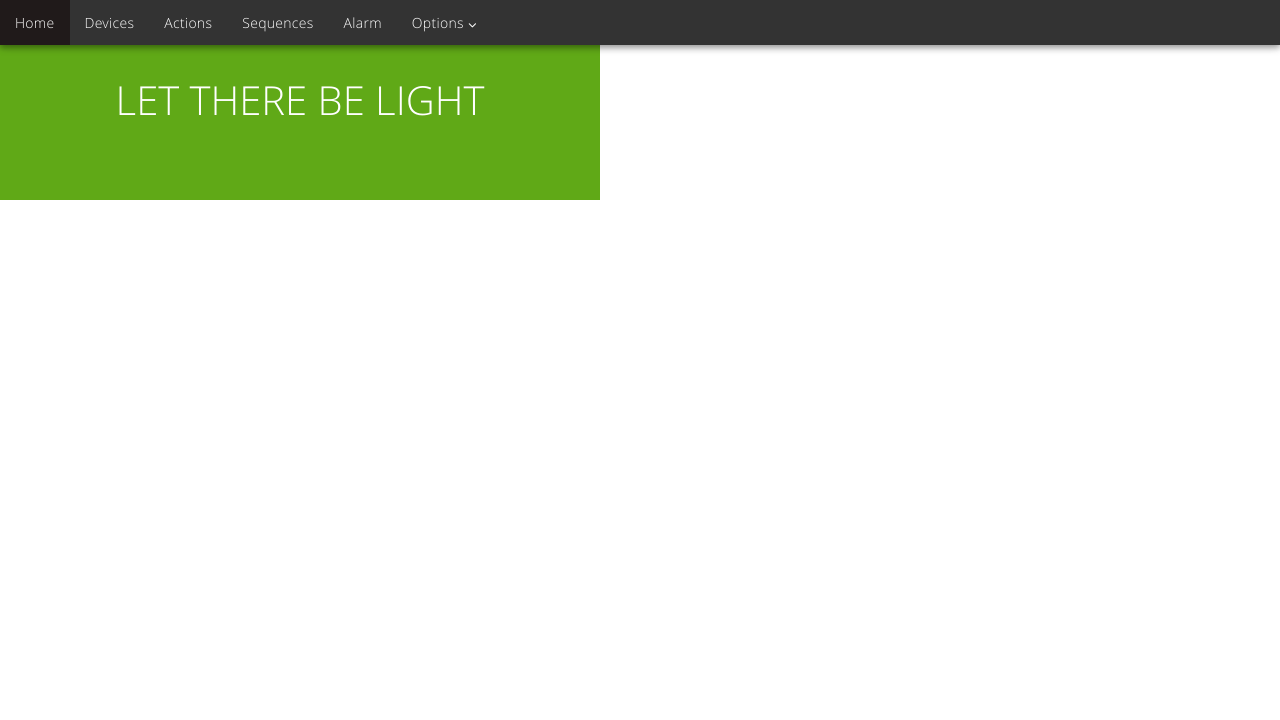
Repository: Pietvergiet/RPiProject
Page: http://localhost/RPi/
These files come from the project's save history. The page is drawn as it stood at one moment and after the next save; the edit follows.
The browser window is 1280 px wide. The pictures show the whole page.
The page is served by Tomcat 9. Other server files are loaded and not shown.

Above is the page before, as saved 2014-10-21 21:58:14.

### RPi/src/main/webapp/index.jsp
<%@ page language="java" contentType="text/html; charset=ISO-8859-1"
    pageEncoding="ISO-8859-1"%>
<!DOCTYPE html PUBLIC "-//W3C//DTD HTML 4.01 Transitional//EN" "http://www.w3.org/TR/html4/loose.dtd">
<html>
<head>

        <link rel="stylesheet" href="BootstrapMetro/docs/css/metro-bootstrap.css">
        <script src="BootstrapMetro/docs/js/jquery/jquery.min.js"></script>
        <script src="BootstrapMetro/docs/js/jquery/jquery.widget.min.js"></script>
        <script src="BootstrapMetro/min/metro.min.js"></script>
        <link rel="shortcut icon" href="images/remote_control.ico" />

	    <!-- Metro UI CSS JavaScript plugins -->


</head>
<body class="metro">
<!-- Header -->
<nav class="navigation-bar dark fixed-top shadow">
	<nav class="navigation-bar-content">
        <ul class="element-menu">
        	<li><a href="/RPi">Home</a></li>
        	<li><a href="./Devices">Devices</a></li>
        	<li><a href="#Actions">Actions</a></li>
        	<li><a href="#Sequence">Sequences</a></li>
        	<li><a href="#Alarm">Alarm</a></li>
        	<li>
                <a class="dropdown-toggle" href="#Options">Options</a>
                <ul class="dropdown-menu dark" data-role="dropdown" style="display: none;">
                	<li><a href="#Time">Set the time</a></li>
                    <li><a href="#Record">Record new action</a></li>
                    <li><a href="#Add">Add a new Device</a></li>
                    <li><a href="#Remove">Remove a device</a></li>
                    <li><a href="#Edit">Remove an action</a></li>
                </ul>
            </li>
    	</ul>
    </nav>
</nav>

<!-- Body -->
<div>
		<form method="post" action="Blink">
			<input class="bg-green bg-hover-lime fg-white" type="submit" value="LET THERE BE LIGHT" style="font-size:40px; height:200px; width:600px;">
		</form>
</div>
</body>
</html>

Loaded but not shown: RPi/src/main/webapp/BootstrapMetro/docs/css/metro-bootstrap.css (library); RPi/src/main/webapp/BootstrapMetro/docs/js/jquery/jquery.min.js (library); RPi/src/main/webapp/BootstrapMetro/docs/js/jquery/jquery.widget.min.js (library); RPi/src/main/webapp/BootstrapMetro/min/metro.min.js (library)

After the next save:
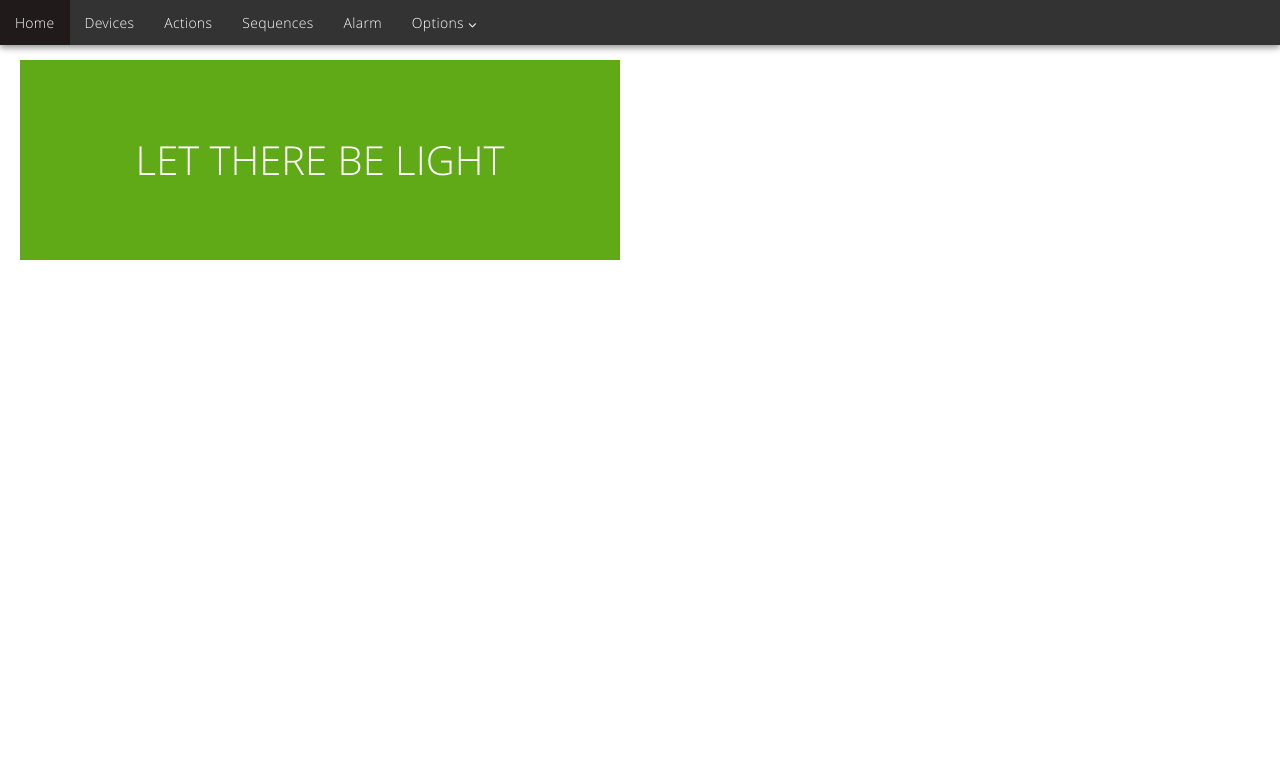
Saved 4 days later.
--- a/RPi/src/main/webapp/index.jsp
+++ b/RPi/src/main/webapp/index.jsp
@@ -39,7 +39,7 @@
 </nav>
 
 <!-- Body -->
-<div>
+<div class="grid" style="margin-left:20px;margin-top:60px">
 		<form method="post" action="Blink">
 			<input class="bg-green bg-hover-lime fg-white" type="submit" value="LET THERE BE LIGHT" style="font-size:40px; height:200px; width:600px;">
 		</form>
